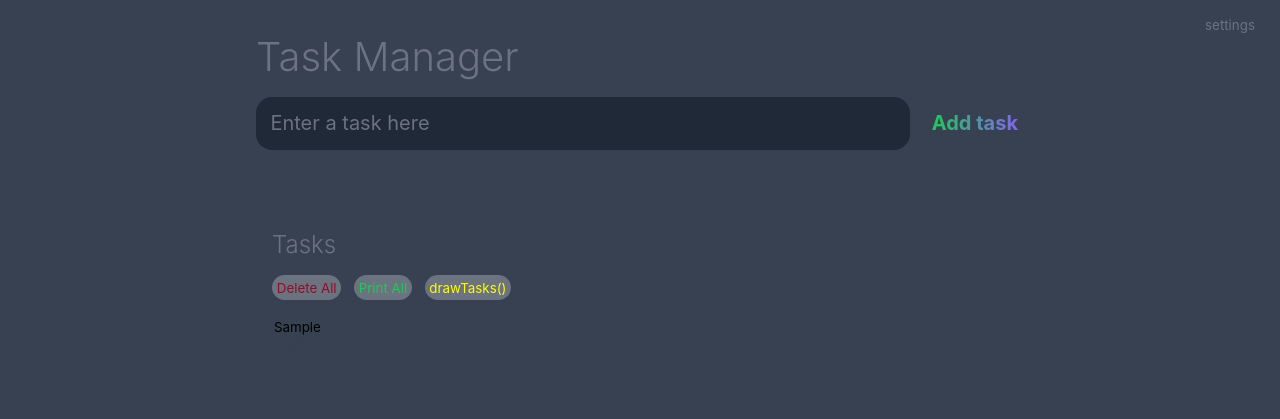
Repository: Herschenglime/todo-list-exercise
Page: index.html
These files come from the project's save history. The page is drawn as it stood at one moment and after a run of saves; the edit follows.
The browser window is 1280 px wide. The pictures show the whole page.
Empty fields were first filled with sample values (such as "Sample", 5 or name@example.com).
After loading, the first visible `#new-task-form` was submitted once.
Some web libraries are served in a nearby version.

Above is the page before, as saved 2022-04-20 02:21:08.

### index.html
<!DOCTYPE html>
<html lang="en">
<head>
    <meta charset="UTF-8">
    <meta http-equiv="X-UA-Compatible" content="IE=edge">
    <meta name="viewport" content="width=device-width, initial-scale=1.0">
    <title>Task Manager</title>
    <link rel="stylesheet" href="sytles.css">
    <script src="https://kit.fontawesome.com/8f66459c5a.js" crossorigin="anonymous"></script>
</head>
<body>
    <nav class="navbar">
        <div class="navbar__container">
            <button id="settings" onclick="toggleSettings()"> settings </button>
        </div>
    </nav>

    <header>
        <h1>Task Manager</h1>
        <form id="new-task-form">
            <input
                type="text"
                id="new-task-input"
                placeholder="Enter a task here" />
            <input
                type="submit"
                id="new-task-submit"
                value="Add task" />
        </form>
    </header>

    <main>
        <section class="task-list">
            <h2>Tasks</h2>
            <div class="overall">
                <button id="delete_all">Delete All</button>
                <button id="print_all">Print All</button>
                <button id="drawTasks_button">drawTasks()</button>

            </div>

            <div id="tasks"></div>
        </section>

    <div class="popup" id="settings_popup">
        <div class="overlay" onclick="toggleSettings()"></div>
        <div class="content">
            <div class="close_button" onclick="toggleSettings()">&times;</div>
            <h1>Allow Duplicates?</h1>
            <p1>Automatically delete duplicate entries?</p1>
            <div class="buttons">
                <button id="toggle_duplicates" onclick="toggleDuplicates()">toggle duplicates</button>
                <button id="joke_button" onclick="testAPI()">tell me a joke</button>
            </div>
        </div>
    </div>

    <script src="app.js"></script>
</body>
</html>

### sytles.css
:root {
    --dark: #374151;
    --darker: #1f2937;
    --darkest: #111827;
    --gray: #6b7280;
    --light: #EEE;
    --pink: #EC4899;
    --purple: #8B5Cf6;
    --green: #16d14e;
    --red: rgb(148, 12, 39);
}

* {
    box-sizing: border-box;
    margin: 0;
    font-family: -apple-system, BlinkMacSystemFont, 'Segoe UI', Roboto, Oxygen, Ubuntu, Cantarell, 'Open Sans', 'Helvetica Neue', sans-serif;
}

body {
    display: flex;
    flex-direction: column;
    min-height: 100vh;
    background: var(--dark);
    color: white;
}

header {
    padding: 2rem 1rem;
    max-width: 800px;
    width: 100%;
    margin: 0 auto;
}

header h1 {
    font-size: 2.5rem;
    font-weight: 300;
    color: var(--gray);
    margin-bottom: 1rem;
}

#new-task-form {
    display: flex;
}

input, button {
    appearance: none;
    border: none;
    outline: none;
    background: none;
}

#new-task-input {
    flex: 1 1 0%;
    background-color: var(--darker);
    padding: .9rem;
    border-radius: 1rem;
    margin-right: 1rem;
    color: var(--light);
    font-size: 1.25rem;
}

#new-task-input::placeholder {
    color: var(--gray);
}

#new-task-submit {
    color: var(--green);
    font-size: 1.25rem;
    font-weight: 700;
    background-image: linear-gradient(to right, var(--green), var(--purple));
    -webkit-background-clip: text;
    -webkit-text-fill-color: transparent;
    cursor: pointer;
    /* transition: 0.4s; */
}

#new-task-submit:hover {
    opacity: 0.8;
}

#new-task-submit:active {
    opacity: 0.67;
}

#settings {
    color: var(--gray);
    position: absolute;
    margin-top: 1rem;
    right: 0px;
    width: 100px;
    cursor: pointer;
}

#settings:hover {
    opacity: 0.8;
}

#settings:active {
    opacity: 0.67;
}

.popup .overlay {
    position:fixed;
    top: 0rem;
    left: 0rem;
    width: 100vw;
    height: 100vh;
    background: rgba(0, 0, 0, 0.7);
    z-index: 1;
    display: none;
}

.popup .content {
    position: absolute;
    top: 50%;
    left: 50%;
    transform: translate(-50%, -50%) scale(0);
    background: var(--gray);
    width: 35rem;
    height: 43rem;
    z-index: 2;
    text-align: center;
    padding: 2rem;
    box-sizing: border-box;
}

.popup .close_button {
    cursor: pointer;
    position: absolute;
    right: 1.5rem;
    top: 1.5rem;
    width: 2rem;
    height: 2rem;
    background: var(--darker);
    color: var(--white);
    font-size: 1.5rem;
    font-weight: .6rem;
    line-height: 2rem;
    text-align: center;
}

.popup.active .overlay {
    display:block;
}

.popup.active .content {
    transition: all 85ms ease-in-out;
    transform: translate(-50%, -50%) scale(1);
}

.popup .content .buttons #toggle_duplicates,#joke_button{
    border-radius: 1rem;
    background-color: var(--darker);
    color: var(--light);
    margin-top: 1rem;
    padding: .5rem;
    cursor: pointer;
    display: block;
    justify-content: center;
    align-items: center;

}


.overall #delete_all {
    /* display: flex;
    flex-direction: column;
    flex: 1 1 0%; */
    color: var(--red);
    background-color: var(--gray);
    padding: .3rem;
    border-radius: .8rem;
    margin-right: .5rem;
    margin-bottom: 1rem;
    cursor: pointer;
}

.overall #delete_all:hover {
    opacity: 0.8;
}

.overall #delete_all:active {
    opacity: 0.67;
}
.overall #print_all {
    color: var(--green);
    background-color: var(--gray);
    padding: .3rem;
    border-radius: .8rem;
    margin-bottom: 1rem;
    cursor: pointer;
}

.overall #print_all:hover {
    opacity: 0.8;
}

.overall #print_all:active {
    opacity: 0.67;
}

.overall #drawTasks_button {
    color: yellow;
    background-color: var(--gray);
    padding: .3rem;
    border-radius: .8rem;
    margin-bottom: 1rem;
    margin-left: .5rem;
    cursor: pointer;
}

.overall #drawTasks_button:hover {
    opacity: 0.8;
}

.overall #drawTasks_button:active {
    opacity: 0.67;
}

main {
    flex: 1 1 0%;
    padding: 2rem 1rem;
    max-width: 800px;
    width: 100%;
    margin: 0 auto;
}

.task-list {
    padding: 1rem;
}

.task-list h2 {
    font-size: 1.5rem;
    font-weight: 300;
    color: var(--gray);
    margin-bottom: 1rem;
}

#tasks .task {
    display: flex;
    justify-content: space-between;
    background-color: var(--darkest);
    padding: .9rem;
    border-radius: 1rem;
    margin-bottom: 1rem;
}

#tasks .task .content {
    flex: 1 1 0%;
}

#tasks .task .content .text {
    color: var(--light);
    font-size: 1.125rem;
    width: 100%;
    display: block;
    /* transition: 0.4s; */
}

#tasks .task .content .text:not(:read-only) {
    color: var(--green);
}

#tasks .task .actions {
    display: flex;
    margin: 0 -0.5rem;
}

.task .actions button {
    cursor: pointer;
    margin: 0 0.5rem;
    font-size: 1.125rem;
    font-weight: 700;
    text-transform: uppercase;
    /* transition: 0.4s */
}

.task .actions button:hover {
    opacity: 0.8;
}

.task .actions button:active {
    opacity: 0.67;
}

.task .actions .edit {
    color: var(--gray);
}

.task .actions .delete {
    color: var(--red);
}

.fa-pencil {
    color: var(--dark);
    margin-left: 1rem;
    margin-right: 1rem;
    cursor: pointer;
}

.fa-pencil:hover {
    opacity: 0.5;
    color: var(--light);
}

.fa-pencil:active {
    opacity: 0.67;
}

.fa-trash {
    color: var(--dark);
    margin-left: 1rem;
    margin-right: 1rem;
    cursor: pointer;
}

.fa-trash:hover {
    opacity: 0.8;
    color: var(--red);
}

.fa-trash:active {
    opacity: 0.67;
}

### app.js
//window.localStorage
// localStorage.setItem('testObject', 'testValue');
// const testConst = localStorage.getItem('testObject');
// localStorage.removeItem('testObject');
// console.log(Storage.toString());

// add option to allow for duplicate tasks or not (add id for each task and use that to refer to instad of name)

window.addEventListener('load', () => {
    const form = document.querySelector("#new-task-form");
    const input = document.querySelector("#new-task-input");
    const delete_all = document.querySelector("#delete_all");
    const print_all = document.querySelector("#print_all");
    const draw_tasks = document.querySelector("#drawTasks_button");
    // let taskNames = [];
    let tasks = [];

    function drawTasks() {
       // old version of drawTasks (worked)
        // // refresh task list based on local storage
        // try {
        //     //tasks = JSON.parse(localStorage.tasks);
        //     taskNames = JSON.parse(localStorage.tasks).map(a => a.taskName)
        //     //console.log(testTasks);
        // } catch (e) {
        //     taskNames = [];
        // }

        // // delete all drawn tasks
        // try {
        //     const tempTasks = document.querySelectorAll('.task');
        //     tempTasks.forEach((drawnTask) => {
        //         drawnTask.remove();
        //     })
        // } catch (e) {
        //     console.log("Failed to delete drawn tasks.")
        //     console.log(e)
        // }

        // // draw tasks
        // try {
        //     taskNames.forEach((task) => {
        //         const list_el = document.querySelector("#tasks");

        //         // creates tasks
        //         const task_el = document.createElement("div");
        //         task_el.classList.add("task");

        //         const task_content_el = document.createElement("div");
        //         task_content_el.classList.add("content");

        //         task_el.appendChild(task_content_el);

        //         const task_input_el = document.createElement("input");
        //         task_input_el.classList.add("text");
        //         task_input_el.type = "text";
        //         // determines the displayed text
        //         task_input_el.value = task;
        //         task_input_el.setAttribute("readonly", "readonly");

        //         task_content_el.appendChild(task_input_el);

        //         // creates buttons (required to display)
        //         const task_actions_el = document.createElement("div");
        //         task_actions_el.classList.add("actions");

        //         const task_edit_el = document.createElement("button");
        //         task_edit_el.classList.add("edit");
        //         task_edit_el.innerHTML = "Edit";

        //         const task_delete_el = document.createElement("button");
        //         task_delete_el.classList.add("delete");
        //         task_delete_el.innerHTML = "Delete";

        //         task_actions_el.appendChild(task_edit_el);
        //         task_actions_el.appendChild(task_delete_el);

        //         task_el.appendChild(task_actions_el);

        //         list_el.appendChild(task_el);

        //         // edit button functionality
        //         task_edit_el.addEventListener('click', () => {
        //             console.log("edit clicked")
        //             console.log("selected task:")
        //             console.log(task_el)
        //             if (task_edit_el.innerText.toLowerCase() == "edit") {
        //                 task_input_el.removeAttribute("readonly");
        //                 // need to look into .focus
        //                 task_input_el.focus();
        //                 task_edit_el.innerText = "Save";
        //             } else {
        //                 task_input_el.setAttribute("readonly", "readonly");
        //                 task_edit_el.innerText = "Edit";
        //             }
        //         });

        //         // delete button functionality
        //         task_delete_el.addEventListener('click', () => {
        //                 console.log("here")
        //                 console.log(task_el)
        //                 taskNames.remove(task)
        //                 list_el.removeChild(task_el);
        //             });
        //     })

        // } catch (e) {
        //     console.log("failed to draw tasks, error:");
        //     console.log(e);
        // }

        //=======
        // new version

        // refresh task list based on local storage
        try {
            tasks = [];
            JSON.parse(localStorage.tasks).forEach((task) => {
                console.log("test")
                tasks.push(task);
            });
            // console.log("session tasks array:")
            // console.log(tasks)
            // console.log("local storage tasks")
            // console.log(localStorage.tasks)
            // //console.log(testTasks);
        } catch (e) {
            console.log("caught error likely due to localStorage.tasks being empty. Is this an issue?")
            // HERE IS HOW TO TELL IF THERE ARE NO TASKS
        }

        // delete all drawn tasks (prevents dupplication of drawn tasks)
        try {
            document.querySelectorAll('.task').forEach((drawnTask) => {
                drawnTask.remove();
            })
        } catch (e) {
            console.log("Failed to delete drawn tasks.")
            console.log(e)
        }

        // draw tasks
        try {
            console.log(tasks)
            tasks.forEach((task) => {
                const list_el = document.querySelector("#tasks");

                // creates tasks
                const task_el = document.createElement("div");
                task_el.innerHTML = '<class="task" id="test"></>'
                // task_el.classList.add("task");

                const task_content_el = document.createElement("div");
                task_content_el.classList.add("content");


                task_el.appendChild(task_content_el);


                const task_input_el = document.createElement("input");
                task_input_el.classList.add("text");
                task_input_el.type = "text";

                // id code
                const task_id_el = document.createElement("input");
                task_id_el.classList.add("text");

                // determines the displayed text
                task_input_el.value = task.taskName;
                task_id_el.value = task.id;
                task_input_el.setAttribute("readonly", "readonly");
                task_id_el.setAttribute("readonly", "readonly");
                task_id_el.setAttribute("style", "display:none");

                // new code (temp comment)

                task_content_el.appendChild(task_input_el);
                task_content_el.appendChild(task_id_el);

                // creates buttons (required to display)
                const task_actions_el = document.createElement("div");
                task_actions_el.classList.add("actions");

                const task_edit_el = document.createElement("button");
                task_edit_el.classList.add("edit");
                task_edit_el.innerHTML = "Edit";

                // const task_delete_el = document.createElement("button");
                // task_delete_el.classList.add("delete");
                // task_delete_el.innerHTML = "Delete";
                const task_edit_icon = document.createElement("i");
                task_edit_icon.innerHTML = '<i class="fa-solid fa-pencil"></i>';

                const task_delete_icon = document.createElement("i");
                task_delete_icon.innerHTML = '<i class="fa-solid fa-trash" onclick="deleteTask()"></i>';



                task_actions_el.appendChild(task_edit_icon);
                // task_actions_el.appendChild(task_delete_el);
                task_actions_el.appendChild(task_delete_icon);

                task_el.appendChild(task_actions_el);

                list_el.appendChild(task_el);

                // edit button functionality
                task_edit_el.addEventListener('click', () => {
                    // console.log("selected task:")
                    // console.log(task_el)
                    if (task_edit_el.innerText.toLowerCase() == "edit") {
                        task_input_el.removeAttribute("readonly");
                        // need to look into .focus
                        task_input_el.focus();
                        task_edit_el.innerText = "Save";
                    } else {
                        task_input_el.setAttribute("readonly", "readonly");
                        task_edit_el.innerText = "Edit";
                    }
                });

                // delete button functionality
                task_delete_icon.addEventListener('click', () => {
                        // console.log("here")
                        console.log(task_el)
                        // console.log(task.id)
                        // remove task from tasks array, may need a better solution as project scales (memory management, this still creates a new array)
                        tasks = tasks.filter(function(el) { return el.id != task.id; });
                        tasks.forEach((currentTask) => {
                            console.log(currentTask.id)
                            console.log(task.id)
                            if (currentTask.id == task.id) {
                                console.log("Found it")
                                console.log("remove this task")
                            } {
                                console.log("nope")
                            }
                            console.log("====")
                        })
                        list_el.removeChild(task_el);
                    });
            })

        } catch (e) {
            console.log("failed to draw tasks, error:");
            console.log(e);
        }
    };

    // drawTasks when page is first loaded
    drawTasks();

    // adding tasks
    form.addEventListener('submit', (e) => {
        e.preventDefault();

        // const task = input.value;
        // task object is created here
        const taskObj = {
            taskName:input.value,
            status:"TEMP",
            id: Math.floor(Date.now() + Math.random()),
            priority: "TEMP"
        }
        // alert if no task entered when submitted
        if (!input.value) {
            alert("no text entered");
            return;
        }

        tasks.push(taskObj);
        console.log("tasks array:")
        console.log(tasks)
        console.log("=====")
        localStorage.setItem("tasks", JSON.stringify(tasks));
        // Storage.setItem("tasks", )

        input.value = "";

        // refresh tasks by calling drawTask function
        drawTasks();

        // edit button funcitonality
        // task_edit_el.addEventListener('click', () => {
        //     console.log("edit clicked")
        //     if (task_edit_el.innerText.toLowerCase() == "edit") {
        //         task_input_el.removeAttribute("readonly");
        //         task_input_el.focus();
        //         task_edit_el.innerText = "Save";
        //     } else {
        //         task_input_el.setAttribute("readonly", "readonly");
        //         task_edit_el.innerText = "Edit";
        //     }
        // });

    });

    // delete button functionality (not working)


    // console.log(task_delete_el);
    // task_delete_el.addEventListener('click', () => {
    //     console.log("here")
    //     list_el.removeChild(task_el);
    // });

    // const testVar = document.querySelector(".task .actions .delete");
    // console.log(testVar);

    // testVar.addEventListener('click', () => {
    //     console.log("here")
    //     list_el.removeChild(task_el);
    // });

    // delete_all functionality
    delete_all.addEventListener('click', () => {
        console.log("Local storage cleared.");
        localStorage.clear();
        drawTasks();
    });

    print_all.addEventListener('click', () => {
        try {
            console.log("session tasks array:")
            console.log(tasks)
            console.log("local storage:")
            console.log(JSON.parse(localStorage.tasks))
            console.log("========")
        } catch (e) {
            console.log("No tasks in local storage.")
        }
    });

    // drawTasks dev button functionality
    draw_tasks.addEventListener('click', () => {
        drawTasks();
    });

});

// temp settings popup functionality
function toggleSettings() {
    document.getElementById("settings_popup").classList.toggle("active");
}

document.addEventListener('keydown', function(event){
	if(event.key === "Escape"){
        document.getElementById("settings_popup").classList.toggle("active");
	}
});

function toggleDuplicates() {
    console.log("user wants to toggle duplicates!")
}

function deleteTask() {
    console.log("icon clicked")
    return this.id
}






// testing gpt-j fetch request
let returnedText = "";
function testAPI() {
    console.log("this should hold response:")
    fetch("https://api.ai21.com/studio/v1/j1-jumbo/complete", {
      headers: {
        "Authorization": "Bearer X9U5ZKe7tI7oe5ni0zPLyIUo3w19xJCS",
        "Content-Type": "application/json"
      },
      body: JSON.stringify({
          "prompt": "Joke: ",
          "numResults": 1,
          "maxTokens": 64,
          "temperature": 0.7,
          "topKReturn": 0,
          "topP":1,
          "countPenalty": {
            "scale": 0,
            "applyToNumbers": false,
            "applyToPunctuations": false,
            "applyToStopwords": false,
            "applyToWhitespaces": false,
            "applyToEmojis": false
          },
          "frequencyPenalty": {
            "scale": 0,
            "applyToNumbers": false,
            "applyToPunctuations": false,
            "applyToStopwords": false,
            "applyToWhitespaces": false,
            "applyToEmojis": false
          },
          "presencePenalty": {
            "scale": 0,
            "applyToNumbers": false,
            "applyToPunctuations": false,
            "applyToStopwords": false,
            "applyToWhitespaces": false,
            "applyToEmojis": false
          },
          "stopSequences":["\n"]
        }),
      method: "POST"
    }).then(response => response.json()).then(data => {
        returnedText = data;
        printResponse();
    });
}

function printResponse() {
    console.log(returnedText)
    alert(returnedText.completions[0].data.text)
}

After the next 2 saves:
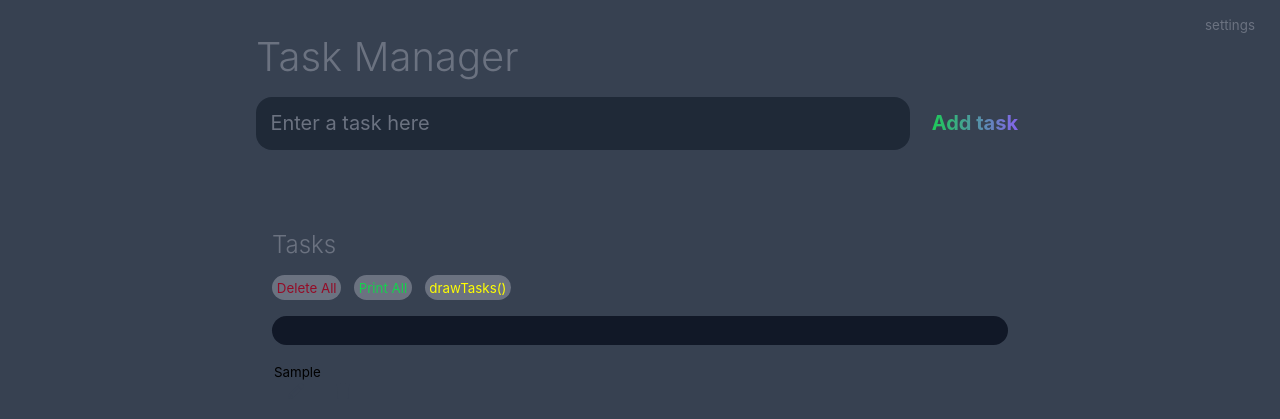
The 2 saves are shown as one change because they came seconds apart.
The last was saved 41 s later.
--- a/app.js
+++ b/app.js
@@ -147,7 +147,7 @@ window.addEventListener('load', () => {
 
                 // creates tasks
                 const task_el = document.createElement("div");
-                task_el.innerHTML = '<class="task" id="test"></>'
+                task_el.innerHTML = '<div class="task" id="test"><div />'
                 // task_el.classList.add("task");
 
                 const task_content_el = document.createElement("div");
